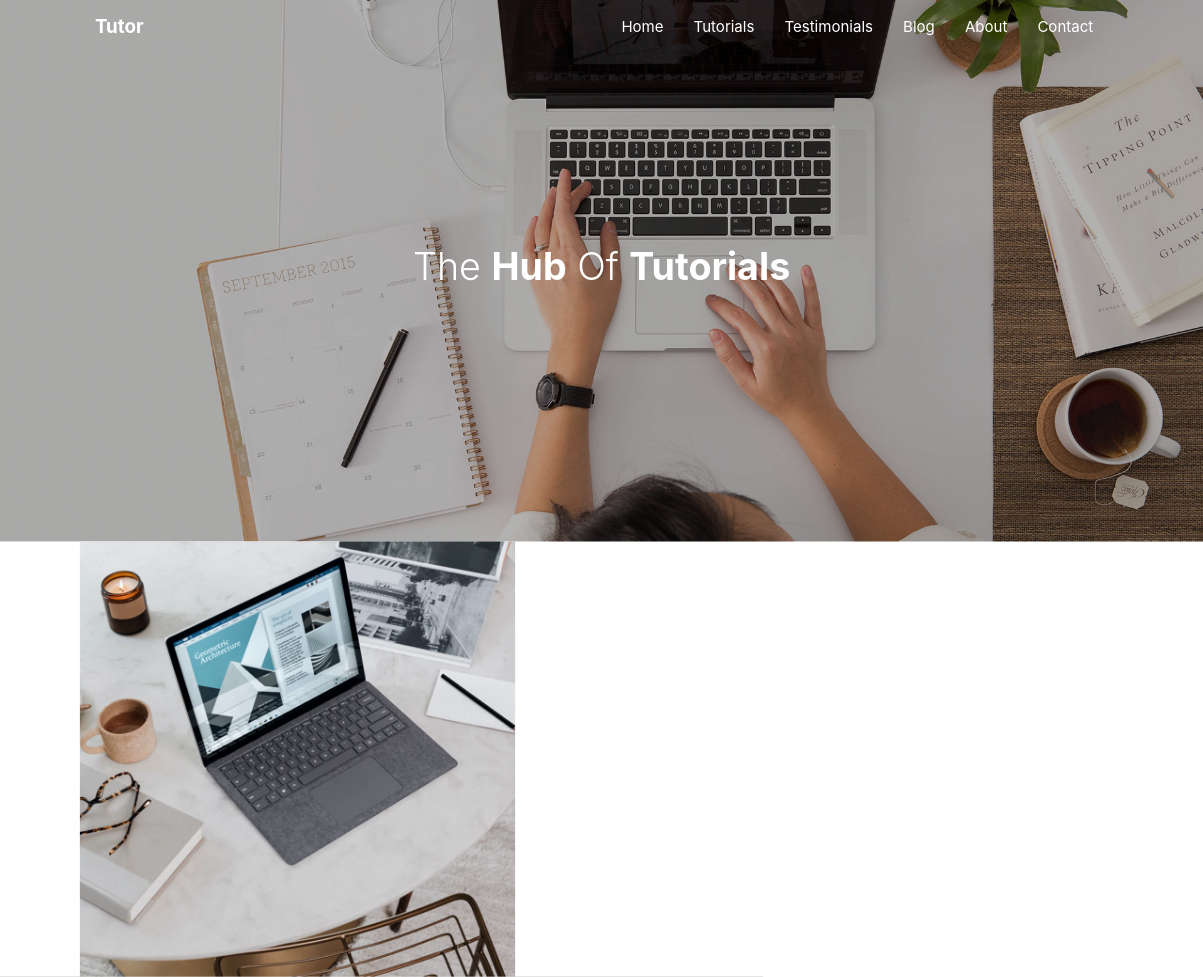
Repository: longvh2003/Tutor
Page: Views/home.html
These files come from the project's save history. The page is drawn as it stood at one moment and after the next save; the edit follows.
The browser window is 1280 px wide. The pictures show the whole page, at 94% of full size.
Some web libraries are served in a nearby version.

Above is the page before, as saved 2020-08-12 16:27:30.

After the next save:
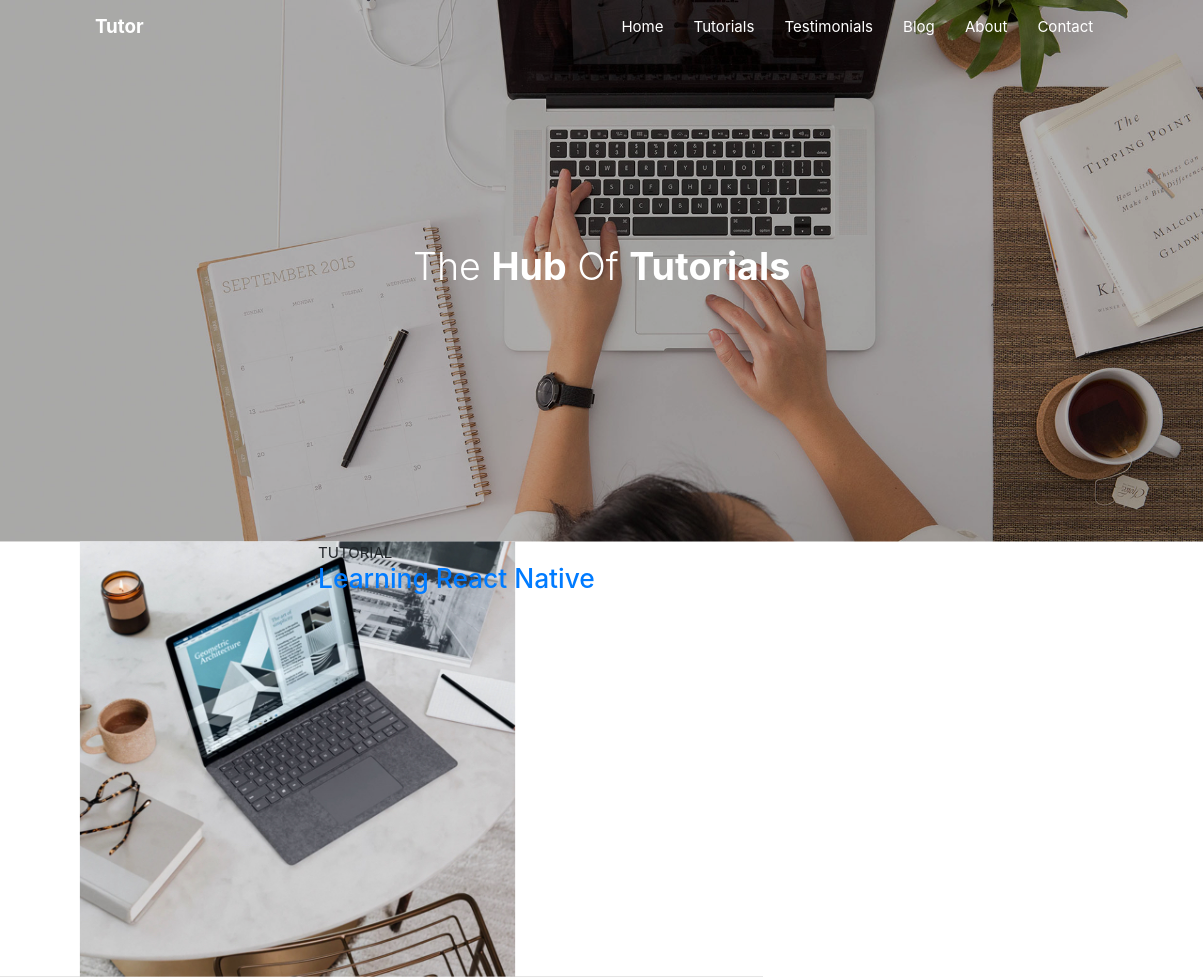
Saved 2 min 11 s later.
--- a/Views/home.html
+++ b/Views/home.html
@@ -46,7 +46,15 @@
     <div class="container">
         <div class="row">
             <div class="col-lg-8">
-                <img src="../Image/img_1.jpg">
+                <div class="row">
+                    <div class="col-md-4">
+                        <img src="../Image/img_1.jpg" alt="...">
+                    </div>
+                    <div class="col-md-8">
+                        <div>TUTORIAL</div>
+                        <a href="#" class="h3">Learning React Native</a>
+                    </div>
+                </div>
             </div>
         </div>
     </div>
